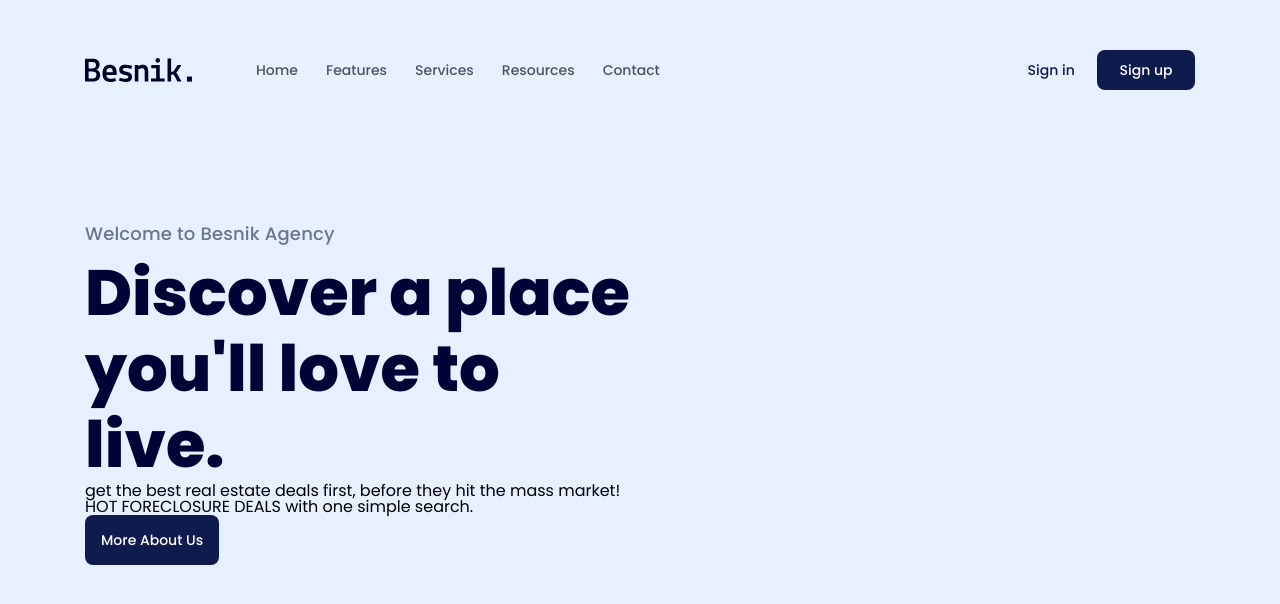
Repository: trungnguyen131/froject-01
Page: index.html
An editor plug-in stored every save of this project. The page is shown before and after the next save, followed by the edit.
The browser window is 1280 px wide. The pictures show the whole page.

Above is the page before, as saved 2024-02-25 23:41:05.

### index.html
<!DOCTYPE html>
<html lang="en">
<head>
    <meta charset="UTF-8">
    <meta name="viewport" content="width=device-width, initial-scale=1.0">
    <title>Project 01</title>
    <link rel="stylesheet" href="./assets/css/reset.css">
    <link rel="stylesheet" href="./assets/fonts/stylesheet.css">
    <link rel="stylesheet" href="./assets/css/style.css">
</head>
<body>
    <main>
        <!-- Header -->
        <header class="header">
            <div class="content">
                <nav class="navbar">
                    <!-- Logo -->
                    <img src="./assets/img/logo.svg" alt="Besnik.">
                    <!-- Navigation -->
                    <ul>
                        <li><a href="#!">Home</a></li>
                        <li><a href="#!">Features</a></li>
                        <li><a href="#!">Services</a></li>
                        <li><a href="#!">Resources</a></li>
                        <li><a href="#!">Contact</a></li>
                    </ul>
                    <!-- Action -->
                    <div class="actions">
                        <a href="#!" class="action-link">Sign in</a>
                        <a href="#!" class="btn action-btn">Sign up</a>
                    </div>
                </nav>
                <div class="hero">
                    <div class="info">
                        <p class="sub-title">Welcome to Besnik Agency</p>
                        <h1 class="title">Discover a place
                            you'll love to live.</h1>
                        <p class="desc">get the best real estate deals first,
                            before they hit the mass market! HOT FORECLOSURE DEALS with one simple search.</p>
                        <a href="#!" class="btn">More About Us</a>
                    </div>
                </div>
            </div>
        </header>
    </main>
</body>
</html>

### assets/fonts/stylesheet.css
/* ========================= Poppins =========================  */
@font-face {
    font-family: 'Poppins';
    src: url('Poppins/Poppins-SemiBold.woff2') format('woff2'),
        url('Poppins/Poppins-SemiBold.woff') format('woff');
    font-weight: 600;
    font-style: normal;
    font-display: swap;
}

@font-face {
    font-family: 'Poppins';
    src: url('Poppins/Poppins-Regular.woff2') format('woff2'),
        url('Poppins/Poppins-Regular.woff') format('woff');
    font-weight: normal;
    font-style: normal;
    font-display: swap;
}

@font-face {
    font-family: 'Poppins';
    src: url('Poppins/Poppins-MediumItalic.woff2') format('woff2'),
        url('Poppins/Poppins-MediumItalic.woff') format('woff');
    font-weight: 500;
    font-style: italic;
    font-display: swap;
}

@font-face {
    font-family: 'Poppins';
    src: url('Poppins/Poppins-Thin.woff2') format('woff2'),
        url('Poppins/Poppins-Thin.woff') format('woff');
    font-weight: 100;
    font-style: normal;
    font-display: swap;
}

@font-face {
    font-family: 'Poppins';
    src: url('Poppins/Poppins-ThinItalic.woff2') format('woff2'),
        url('Poppins/Poppins-ThinItalic.woff') format('woff');
    font-weight: 100;
    font-style: italic;
    font-display: swap;
}

@font-face {
    font-family: 'Poppins';
    src: url('Poppins/Poppins-Black.woff2') format('woff2'),
        url('Poppins/Poppins-Black.woff') format('woff');
    font-weight: 900;
    font-style: normal;
    font-display: swap;
}

@font-face {
    font-family: 'Poppins';
    src: url('Poppins/Poppins-Bold.woff2') format('woff2'),
        url('Poppins/Poppins-Bold.woff') format('woff');
    font-weight: bold;
    font-style: normal;
    font-display: swap;
}

@font-face {
    font-family: 'Poppins';
    src: url('Poppins/Poppins-SemiBoldItalic.woff2') format('woff2'),
        url('Poppins/Poppins-SemiBoldItalic.woff') format('woff');
    font-weight: 600;
    font-style: italic;
    font-display: swap;
}

@font-face {
    font-family: 'Poppins';
    src: url('Poppins/Poppins-BlackItalic.woff2') format('woff2'),
        url('Poppins/Poppins-BlackItalic.woff') format('woff');
    font-weight: 900;
    font-style: italic;
    font-display: swap;
}

@font-face {
    font-family: 'Poppins';
    src: url('Poppins/Poppins-ExtraBoldItalic.woff2') format('woff2'),
        url('Poppins/Poppins-ExtraBoldItalic.woff') format('woff');
    font-weight: bold;
    font-style: italic;
    font-display: swap;
}

@font-face {
    font-family: 'Poppins';
    src: url('Poppins/Poppins-ExtraBold.woff2') format('woff2'),
        url('Poppins/Poppins-ExtraBold.woff') format('woff');
    font-weight: bold;
    font-style: normal;
    font-display: swap;
}

@font-face {
    font-family: 'Poppins';
    src: url('Poppins/Poppins-ExtraLightItalic.woff2') format('woff2'),
        url('Poppins/Poppins-ExtraLightItalic.woff') format('woff');
    font-weight: 200;
    font-style: italic;
    font-display: swap;
}

@font-face {
    font-family: 'Poppins';
    src: url('Poppins/Poppins-ExtraLight.woff2') format('woff2'),
        url('Poppins/Poppins-ExtraLight.woff') format('woff');
    font-weight: 200;
    font-style: normal;
    font-display: swap;
}

@font-face {
    font-family: 'Poppins';
    src: url('Poppins/Poppins-BoldItalic.woff2') format('woff2'),
        url('Poppins/Poppins-BoldItalic.woff') format('woff');
    font-weight: bold;
    font-style: italic;
    font-display: swap;
}

@font-face {
    font-family: 'Poppins';
    src: url('Poppins/Poppins-Italic.woff2') format('woff2'),
        url('Poppins/Poppins-Italic.woff') format('woff');
    font-weight: normal;
    font-style: italic;
    font-display: swap;
}

@font-face {
    font-family: 'Poppins';
    src: url('Poppins/Poppins-Medium.woff2') format('woff2'),
        url('Poppins/Poppins-Medium.woff') format('woff');
    font-weight: 500;
    font-style: normal;
    font-display: swap;
}

@font-face {
    font-family: 'Poppins';
    src: url('Poppins/Poppins-LightItalic.woff2') format('woff2'),
        url('Poppins/Poppins-LightItalic.woff') format('woff');
    font-weight: 300;
    font-style: italic;
    font-display: swap;
}

@font-face {
    font-family: 'Poppins';
    src: url('Poppins/Poppins-Light.woff2') format('woff2'),
        url('Poppins/Poppins-Light.woff') format('woff');
    font-weight: 300;
    font-style: normal;
    font-display: swap;
}

### assets/css/style.css
* {
    box-sizing: border-box;
}

:root {
    --primary-color: #0f1b4c;
}

html {
    font-size: 62.5%;;
}

body {
    font-size: 1.6rem;
    font-family: 'Poppins', sans-serif;
}

/* Common */
a {
    text-decoration: none;
}
.content {
    width: 1110px;
    max-width: calc(100% - 48px);
    margin-left: auto;
    margin-right:auto;
}
.btn {
    min-width: 98px;
    background-color: var(--primary-color);
    border-radius: 8px;
    color: #FFF;
    text-align: center;
    font-size: 1.4rem;
    font-weight: 500;
    display: inline-block;
    padding: 18px 16px;
}
/* Header */
.header {
    height: 100vh;
    background: #E6F0FF;
}

.navbar {
    display: flex;
    align-items: center;
    padding-top: 50px;
}

.navbar ul {
    display: flex;
    margin-left: 50px;
}

.navbar .actions {
    margin-left: auto;
}

.navbar ul a {
    font-size: 1.4rem;
    font-weight: 500;
    color: #4F5361;
    padding: 8px 14px;
}

.navbar .action-link {
    font-size: 1.4rem;
    font-weight: 500;
    color: var(--primary-color);
}

.navbar .action-btn {
    padding: 13px 16px;
    margin-left: 18px;
}

.hero {
    margin-top: 130px;
}

.hero .info {
    width: 51%;
}

.hero .sub-title {
    font-weight: 500;
    font-size: 1.8rem;
    line-height: 1.5;
    letter-spacing: 0.01em;
    color: #687690;
}

.hero .title {
    margin-top: 8px;
    font-weight: 700;
    font-size: 6.4rem;
    line-height: 1.19; /* 118.75% */
    color: #000336;
}

.hero .desc {

}

Loaded but not shown: assets/css/reset.css (common file)

After the next save:
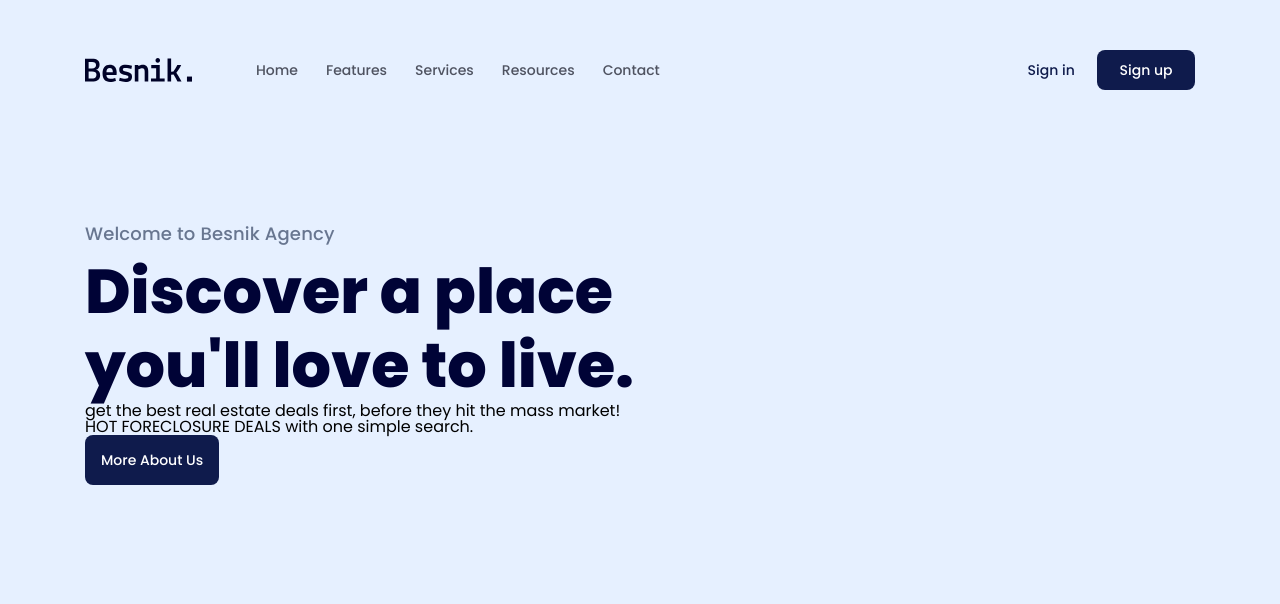
Saved 97 s later.
--- a/assets/css/style.css
+++ b/assets/css/style.css
@@ -94,7 +94,7 @@ a {
 .hero .title {
     margin-top: 8px;
     font-weight: 700;
-    font-size: 6.4rem;
+    font-size: 6.2rem;
     line-height: 1.19; /* 118.75% */
     color: #000336;
 }
